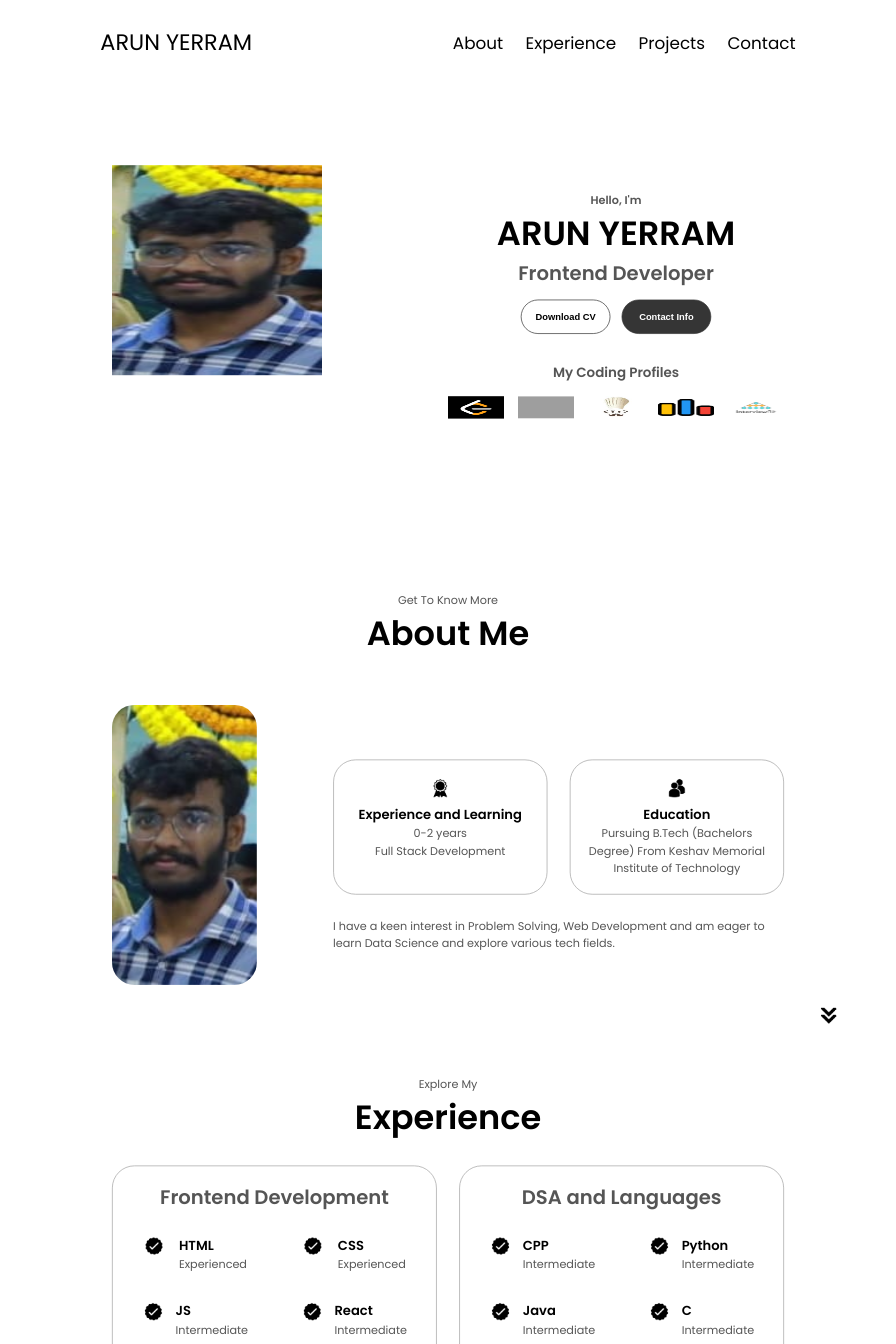
Repository: ARUN-YERRAM/ARUN-YERRAM-PORTFOLIO
Page: index.html
The author's editor kept a copy of each file at every save. The page is drawn from the files as they stood at one save, then again after the next save.
The browser window is 1280 px wide. The pictures show the part of the page from y = 0 to 1920 px (the page is 3401 px tall), at 70% of full size.
Pictures or frames that could not be fetched are drawn as grey boxes.

Above is the page before, as saved 2024-07-07 04:49:44.

After the next save:
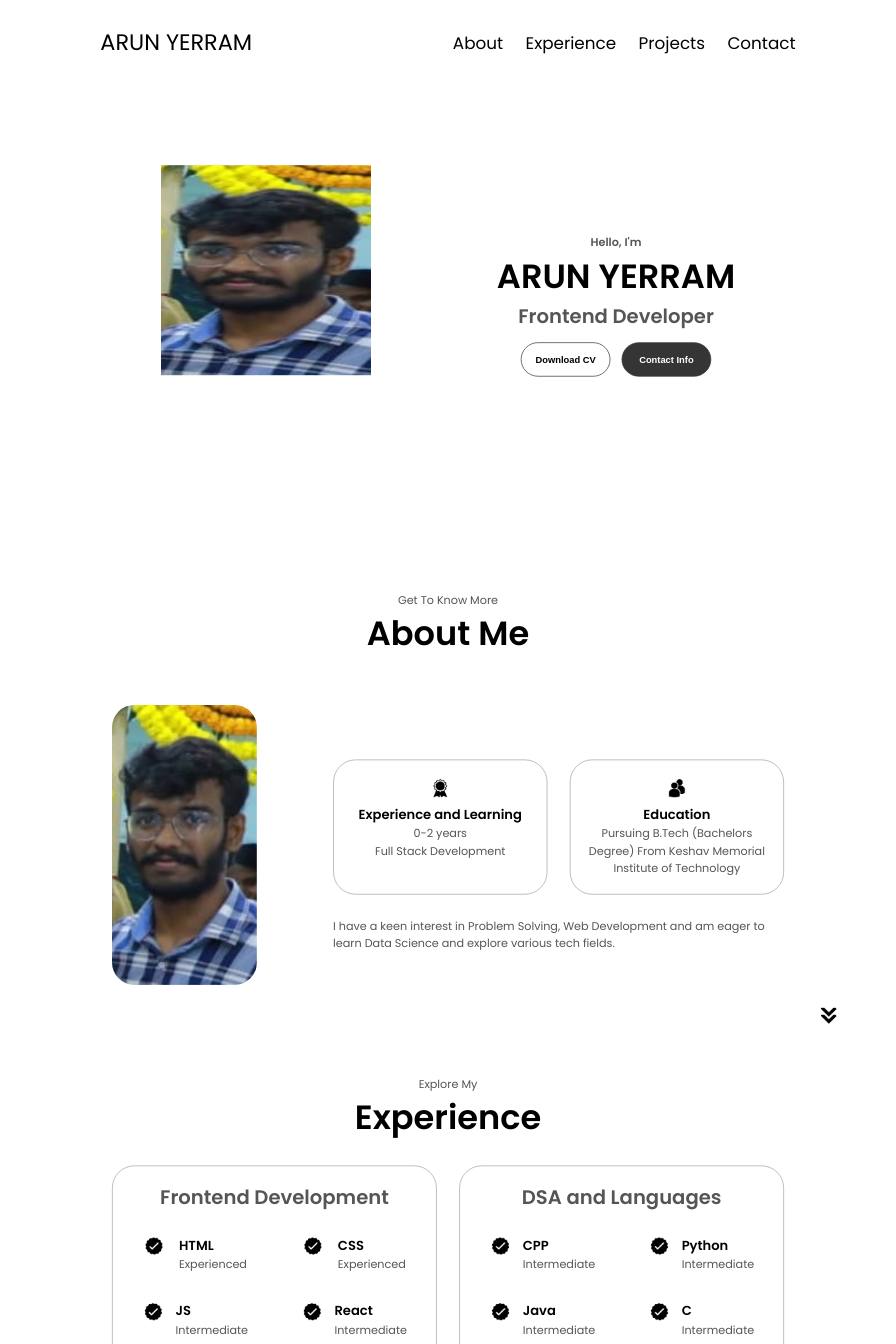
Saved 17 min 43 s later.
--- a/index.html
+++ b/index.html
@@ -49,7 +49,7 @@
         <button class="btn btn-color-1" onclick="location.href='./#contact'">Contact Info</button>
       </div>
 
-      <div id="coding-profiles">
+      <!-- <div id="coding-profiles">
         <p>My Coding Profiles</p>
         <div class="coding-icons">
           <img src="./assets/leetcode.png" alt="My LeetCode profile" class="icon" onclick="window.open('https://leetcode.com/u/arun_2005/', '_blank')" width="80px"/>
@@ -57,7 +57,7 @@
           <img src="./assets/CodeChef.jpeg" alt="My CodeChef profile" class="icon" onclick="window.open('https://www.codechef.com/users/yarun2k05', '_blank')" width="80px"/>
           <img src="./assets/Codeforces.png" alt="My CodeForces profile" class="icon" width="80px" onclick="window.open('https://codeforces.com/profile/Arunyerram_12', '_blank')" />
           <img src="./assets/IB.png" alt="My InterviewBit profile" class="icon" width="80px" onclick="window.open('https://www.interviewbit.com/profile/yerram-arun/', '_blank')" />
-        </div>
+        </div> -->
     </div>
   </section>
   <section id="about">
